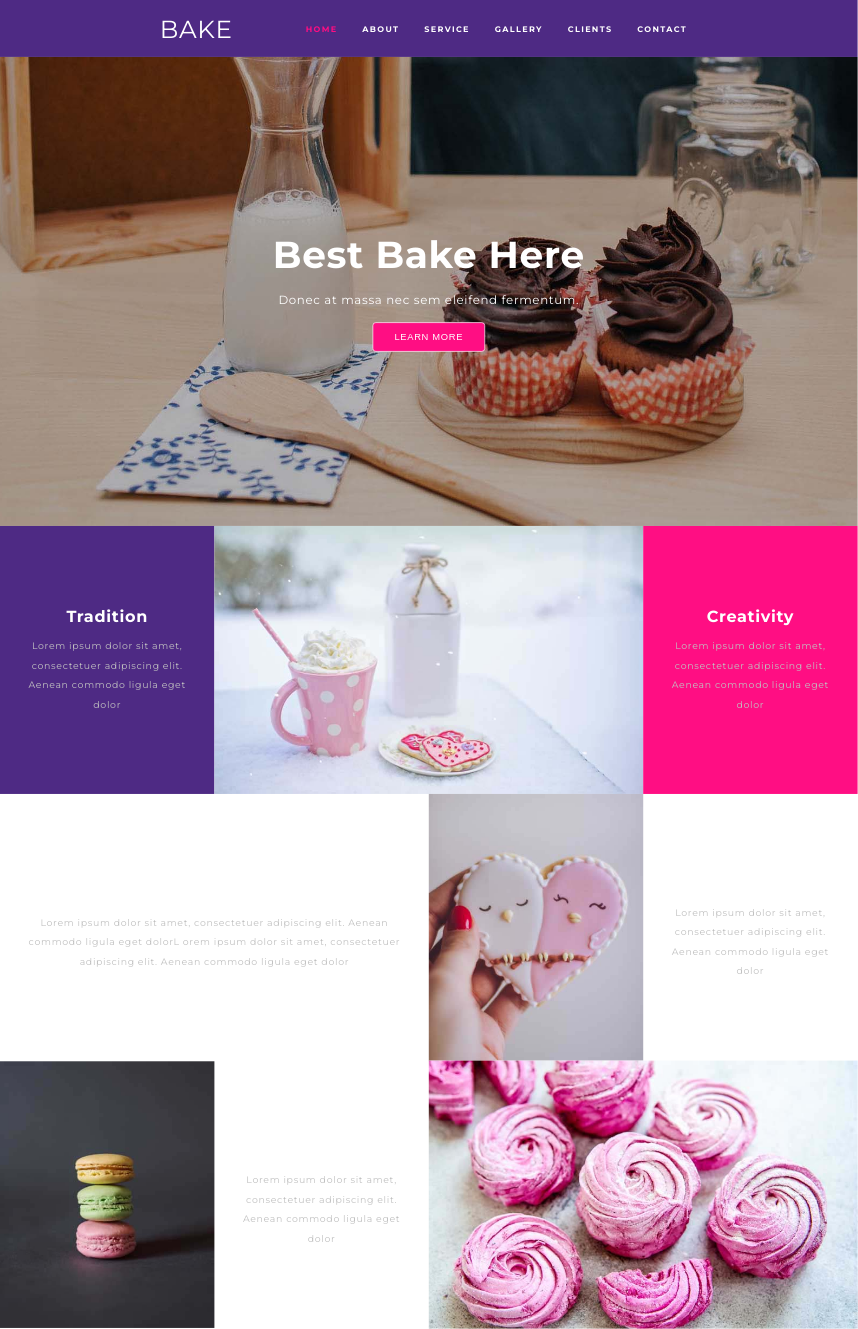
Repository: ducdatit2002/bake-cake
Page: index.html
These files come from the project's save history. The page is drawn as it stood at one moment and after a run of saves; the edit follows.
The browser window is 1280 px wide. The pictures show the whole page, at 67% of full size.

Above is the page before, as saved 2023-07-13 12:39:01.

### index.html
<!DOCTYPE html>
<html lang="en">
<head>
    <meta charset="UTF-8">
    <meta name="viewport" content="width=device-width, initial-scale=1.0">
    <title>BAKE</title>
    <!-- FONT ICON -->
    <link rel="stylesheet" href="https://cdnjs.cloudflare.com/ajax/libs/font-awesome/6.4.0/css/all.min.css"
        integrity="sha512-iecdLmaskl7CVkqkXNQ/ZH/XLlvWZOJyj7Yy7tcenmpD1ypASozpmT/E0iPtmFIB46ZmdtAc9eNBvH0H/ZpiBw=="
        crossorigin="anonymous" referrerpolicy="no-referrer" />
    <!-- FONT GOOGLE -->
    <link rel="preconnect" href="https://fonts.googleapis.com">
    <link rel="preconnect" href="https://fonts.gstatic.com" crossorigin>
    <link href="https://fonts.googleapis.com/css2?family=Montserrat:wght@300;400;700&display=swap" rel="stylesheet">
    <!-- MAIN CSS -->
    <link rel="stylesheet" href="./index.css">

</head>
<body>
    <!-- HEADER -->
    <header>
        <div class="header__content">
            <p>BAKE</p>
            <nav>
                <ul>
                    <li class="active"><a href="#">HOME</a></li>
                    <li><a href="#">ABOUT</a></li>
                    <li><a href="#">SERVICE</a></li>
                    <li><a href="#">GALLERY</a></li>
                    <li><a href="#">CLIENTS</a></li>
                    <li><a href="#">CONTACT</a></li>
                </ul>
            </nav>
        </div>
    </header>
    <!-- CAROUSEL -->
    <section class="carousel">
        <div class="carousel__content">
            <h1>Best Bake Here</h1>
            <p>Donec at massa nec sem eleifend fermentum.</p>
            <button>LEARN MORE</button>
        </div>
    </section>
    <!-- INTRO -->
    <section class="intro">
        <div class="intro__item intro__text">
            <div>
                <h3>Tradition</h3>
                <p>Lorem ipsum dolor sit amet, consectetuer adipiscing elit. Aenean commodo ligula eget dolor</p>
            </div>
        </div>
        <div class="intro__item intro__ab1">
            <img src="./img/ab1.jpg" alt="intro 1">
        </div>
        <div class="intro__item intro__text">
            <div>
                <h3>Creativity</h3>
                <p>Lorem ipsum dolor sit amet, consectetuer adipiscing elit. Aenean commodo ligula eget dolor</p>
            </div>
        </div>
        <div class="intro__item intro__bake intro__text">
            <div>
                <h3>What We Bake Best For You</h3>
                <p>Lorem ipsum dolor sit amet, consectetuer adipiscing elit. Aenean commodo ligula eget dolorL orem ipsum dolor sit amet,
                consectetuer adipiscing elit. Aenean commodo ligula eget dolor</p>
            </div>
        </div>
        <div class="intro__item">
            <img src="./img/ab2.jpg" alt="intro 2">
        </div>
        <div class="intro__item intro__text">
            <div>
                <h3>Quality</h3>
                <p>Lorem ipsum dolor sit amet, consectetuer adipiscing elit. Aenean commodo ligula eget dolor</p>
            </div>
        </div>
        <div class="intro__item">
            <img src="./img/ab3.jpg" alt="intro 3">
        </div>
        <div class="intro__item intro__text">
            <div>
                <h3>Tasty Cakes</h3>
                <p>Lorem ipsum dolor sit amet, consectetuer adipiscing elit. Aenean commodo ligula eget dolor</p>
            </div>
        </div>
        <div class="intro__item intro__ab4">
            <img src="./img/ab4.jpg" alt="intro 4">
        </div>
    </section>
    <!-- NUMBER -->
    <section class="number"></section>
    <!-- SERVICES -->
    <section class="services"></section>
    <!-- GALLERY -->
    <section class="gallery"></section>
    <!-- TEAM MEMBER -->
    <section class="team"></section>
    <!-- FEEDBACK -->
    <section class="feedback"></section>
    <!-- CONTACT -->
    <section class="contact"></section>
    <!-- FOOTER -->
    <footer></footer>
</body>
</html>

### index.css
/* GLOBAL */
*{
    margin: 0;
    padding: 0;
    box-sizing: border-box;
}
html{
    font-size: 16px;
    /* 1 rem = 18px */
    /* Không khai báo thì 1 rem là 16px */

}
body {
    font-family: 'Montserrat', sans-serif;
    color: #212529;
    background-color: #fff;
    letter-spacing: 1px;
}
button {
    background-color: #ff0e83;
    border: 1px solid white;
    color: white;
    padding: 13px 32px;
    font-size: 0.875rem;
    border-radius: 5px;
    cursor: pointer;
    letter-spacing: 1px;
    transition: all 0.5s;
}
button:hover {
    background-color: white;
    color: black;
    border-color: #ff0e83;

}
/* HEADER */
header {
    background-color: #4e2a84;
    padding: 20px 0;
}
.header__content {
    width: 70%;
    margin: 0 auto;
    display: flex;
    justify-content: space-around;
    align-items: center;
}
.header__content ul {
    list-style: none;
}
.header__content ul a {
    text-decoration: none;
    color: white;
    font-weight: 700;
    font-size: 0.75rem;
    letter-spacing: 2px;
    /* transition-property: all;
    transition-duration: 1s;
    transition-delay: 0s;
    transition-timing-function: linear; */
    transition: all 1s;
}
.header__content ul a:hover {
    color: #ff0e83;
}
.header__content ul li {
    display: inline;
    margin: 0 1rem;
}
.header__content p {
    color: white;
    font-size: 2.3rem;
    /* 2.3 rem ~ 37px */
}
.header__content ul .active a {
    color: #ff0e83;
}

/* CAROUSEL */
.carousel{
    background-image: url(./img/b3.jpg);
    height: 700px;
    background-size: cover;
    background-position: center;
    color: white;
    text-align: center;
    display: flex;
    justify-content: center;
    align-items: center;
}
.carousel__content h1 {
    font-size: 3.5rem;
}
.carousel__content p {
    font-size: 1.1rem;
    padding: 23px 0;
}
/* INTRO */
.intro {
    display: grid;
    /* grid-template-columns: 25% 25% 25% 25%; */
    /* grid-template-columns: repeat(4, 25%); */
    /* fr: phân số */
    grid-template-columns: repeat(4,1fr);
}
.intro__ab1 {
    /* số line bắt đầu */
    /* số line kết thúc */
    /* số cột mà item chiếm */
    /* grid-column:2 / 4; */
    grid-column: 2/ span 2;
}
.intro__bake {
    /* grid-column: 1 / 3; */
    grid-column: 1 /span 2;
}
.intro__ab4 {
    grid-column: 3 / span 2;
}
.intro__item img {
    width: 100%;
    display: block;
}
.intro__text {
    padding: 0 32px;
}
.intro__item {
    display: flex;
    align-items: center;
    text-align: center;
}
.intro__item h3 {
    color: white;
    font-size: 1.5rem;
    font-weight: 700;
    margin-bottom: 1rem;
}
.intro__item p {
    font-size: 0.875rem;
    color: #c1c1c1;
    line-height: 29px;
}
.intro .intro__item:first-child {
    background-color: #4e2a84;
}
.intro .intro__item:nth-child(3) {
    background-color: #ff0e83;
}

After the next 2 saves:
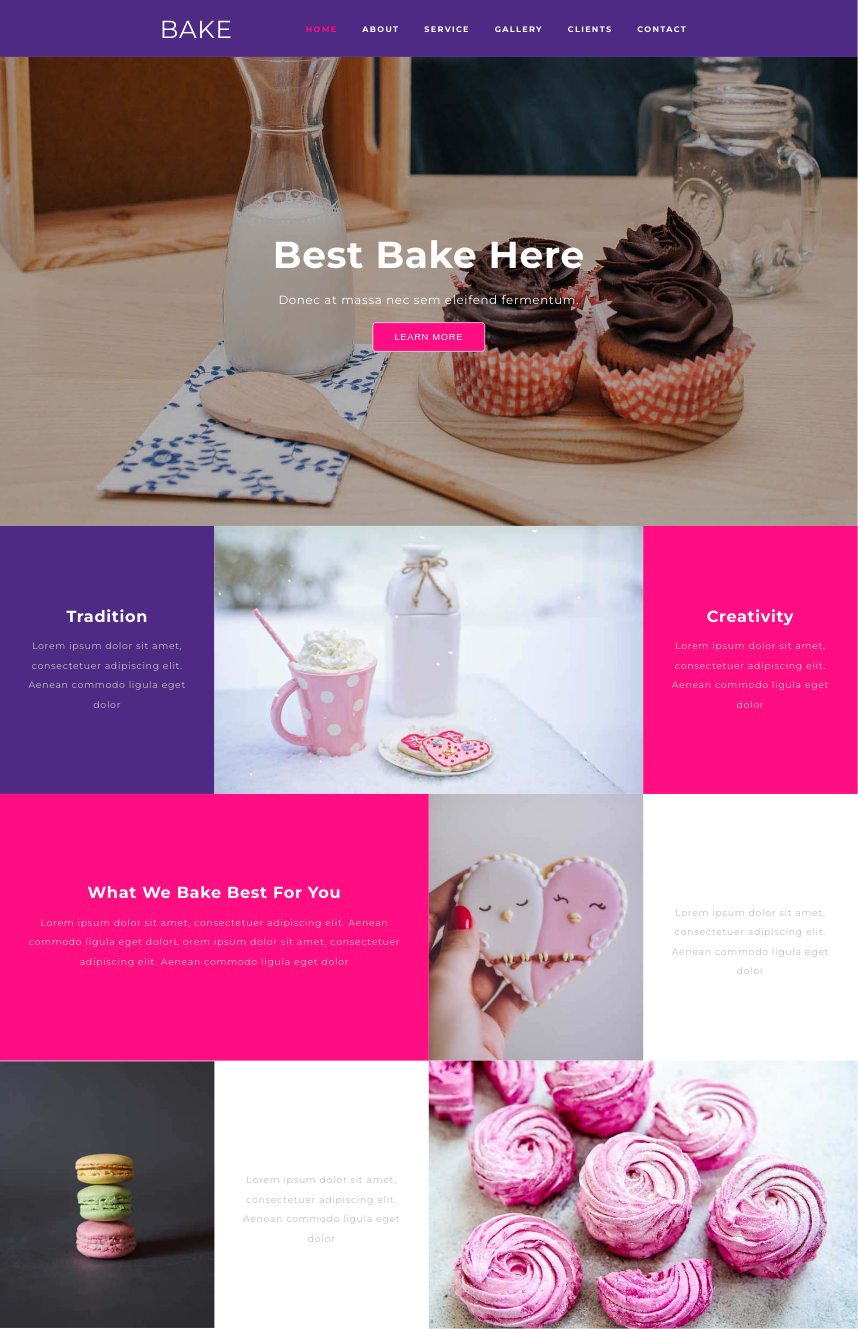
The 2 saves are shown as one change because they came seconds apart.
The last was saved 20 s later.
--- a/index.css
+++ b/index.css
@@ -146,3 +146,6 @@ header {
 .intro .intro__item:nth-child(3) {
     background-color: #ff0e83;
 }
+.intro .intro__item:nth-child(4) {
+    background-color: #ff0e83;
+}
